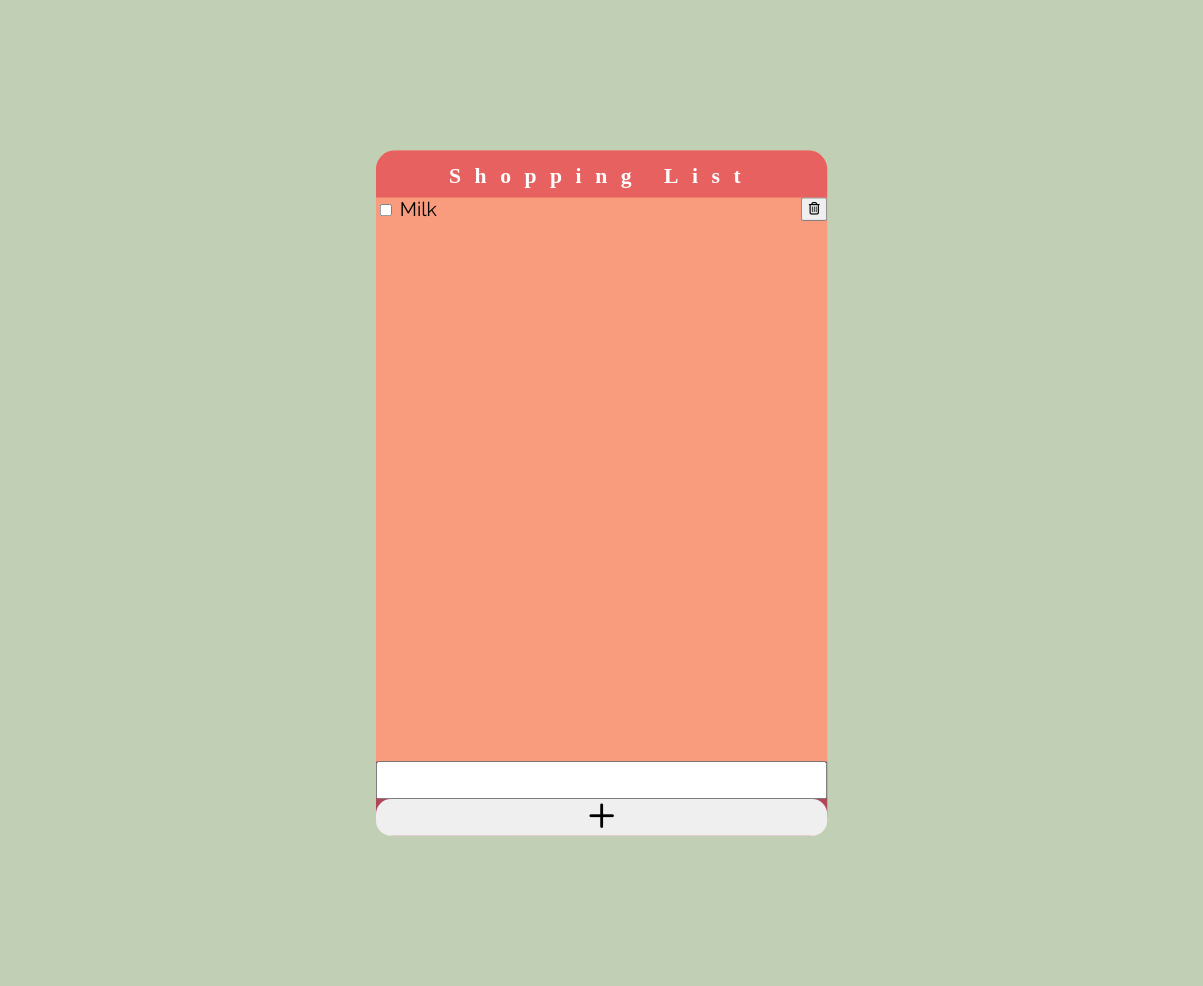
Repository: sephinejo/shopping-list-app
Page: index.html
An editor plug-in stored every save of this project. The page is shown before and after the next save, followed by the edit.
The browser window is 1280 px wide. The pictures show the whole page, at 94% of full size.
Some web fonts or font styles are not loaded; a fallback is used. Some web libraries are served in a nearby version.

Above is the page before, as saved 2023-05-12 11:07:39.

### index.html
<!DOCTYPE html>
<html lang="en">
  <head>
    <meta charset="UTF-8" />
    <meta http-equiv="X-UA-Compatible" content="IE=edge" />
    <meta name="viewport" content="width=device-width, initial-scale=1.0" />
    <title>Shopping List 🛍️🛒</title>
    <link rel="preconnect" href="https://fonts.googleapis.com" />
    <link rel="preconnect" href="https://fonts.gstatic.com" crossorigin />
    <link
      href="https://fonts.googleapis.com/css2?family=Alice&family=Raleway:wght@400;600;700;800&display=swap"
      rel="stylesheet"
    />
    <script
      src="https://kit.fontawesome.com/9ac80604cb.js"
      crossorigin="anonymous"
    ></script>
    <script src="main.js" defer></script>
    <link rel="stylesheet" href="style.css" />
  </head>
  <body>
    <section class="container">
      <header class="header">Shopping List</header>
      <ul class="items">
        <li class="item__row">
          <div class="item">
            <input id="item__checkbox" name="item__checkbox" type="checkbox" />
            <label for="item__checkbox">Milk</label>
          </div>
          <button><i class="fa-regular fa-trash-can"></i></button>
        </li>
      </ul>
      <footer>
        <input class="input" type="text" />
        <button class="footer__button">
          <i class="fa-regular fa-plus"></i>
        </button>
      </footer>
    </section>
  </body>
</html>

### style.css
* {
  box-sizing: border-box;
}

body {
  text-align: center;
  background-color: #c1d0b5;
}

.container {
  margin: 10rem auto;
  width: 30rem;
  background-color: #f99b7d;
  border-radius: 20px;
}

.header {
  height: 50px;
  padding: 15px;
  font-family: 'Alice';
  font-size: 23px;
  font-weight: 700;
  color: white;
  letter-spacing: 0.9rem;
  background: #e76161;
  border-radius: 20px 20px 0 0;
}

.items {
  height: 600px;
  overflow-y: auto;
  margin: 0;
  padding: 0;
}

.item__row {
  list-style: none;
  display: flex;
  justify-content: space-between;
  font-size: 1.3rem;
  font-family: 'Raleway';
  font-weight: 500;
}

footer {
  background: #b04759;
  display: flex;
  flex-direction: column;
  border-radius: 0 0 20px 20px;
}

.input {
  height: 40px;
  outline: none;
  font-size: 1.4rem;
}

.footer__button {
  border-style: none;
  border-radius: 1rem;
  cursor: pointer;
  font-size: 2rem;
}

Loaded but not shown: main.js (no copy from this time; the picture is the same without it)

After the next save:
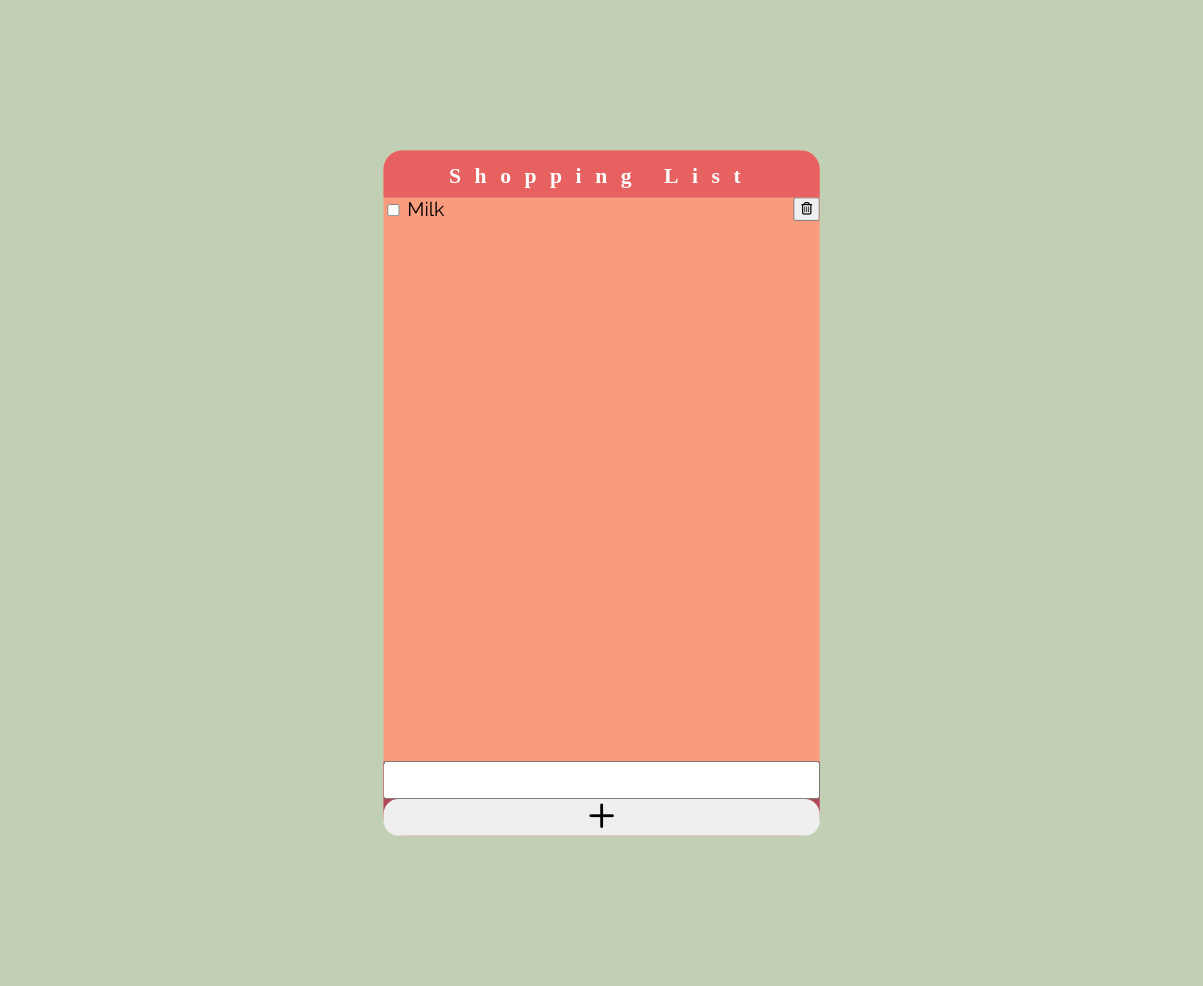
Saved 5 s later.
--- a/style.css
+++ b/style.css
@@ -9,7 +9,7 @@ body {
 
 .container {
   margin: 10rem auto;
-  width: 30rem;
+  width: 29rem;
   background-color: #f99b7d;
   border-radius: 20px;
 }
